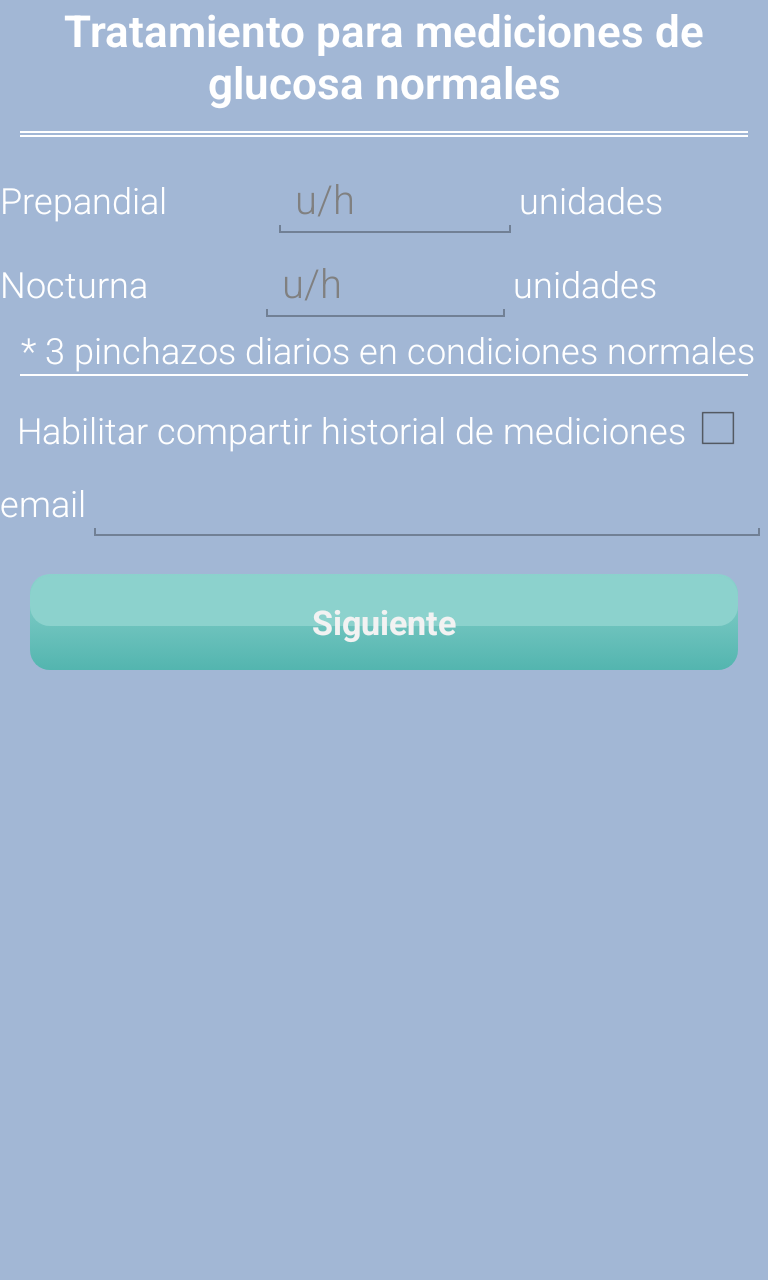
Repository: HectorGarciaMiguel/ssii-diabetes-060036
Layout: SeguimientoDiabetes/res/layout/activity_configuracion2_tipo1.xml
The author's editor kept a copy of each file at every save. The layout is drawn from the files as they stood at one save, then again after the next save.
It is drawn on a 768 x 1280 px phone screen (xhdpi) without system bars, with theme AppTheme; the app's code is not run.

Above is the layout before, as saved 2015-11-19 18:41:02.

After the next save:
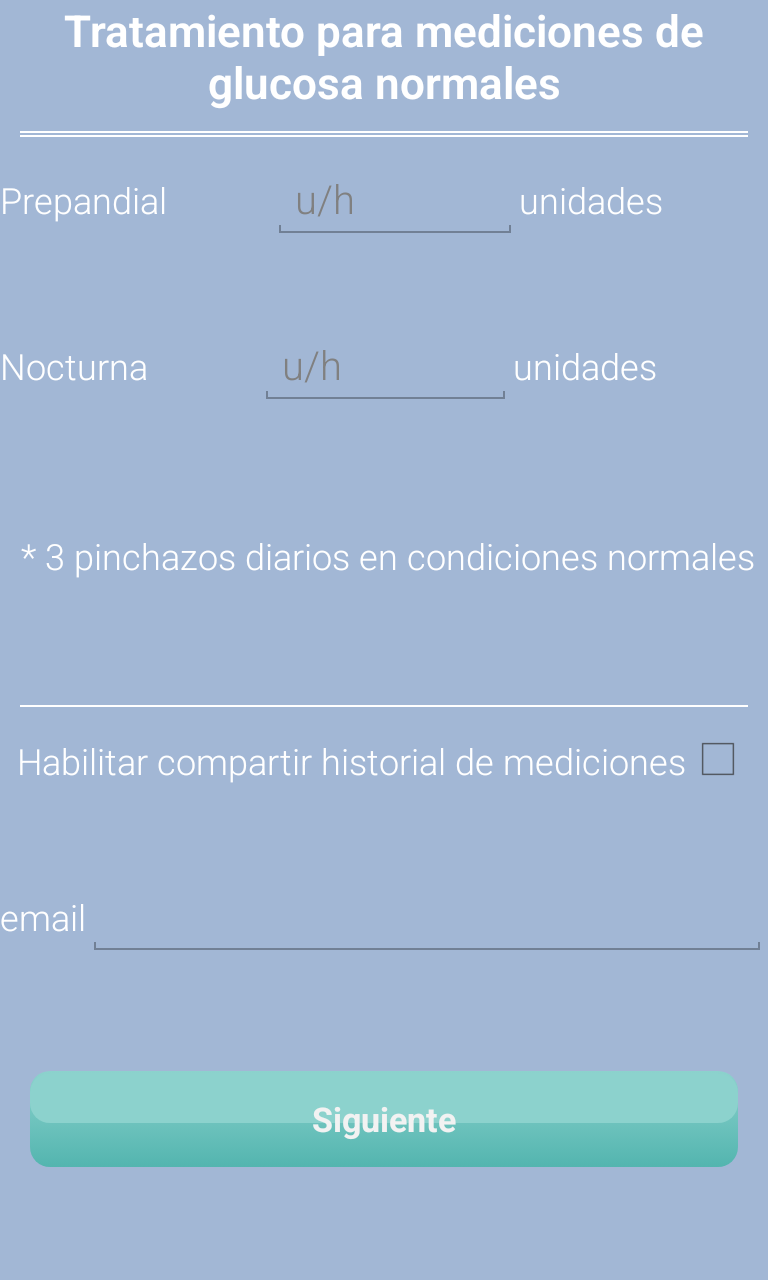
Saved 87 s later.
--- a/SeguimientoDiabetes/res/layout/activity_configuracion2_tipo1.xml
+++ b/SeguimientoDiabetes/res/layout/activity_configuracion2_tipo1.xml
@@ -42,7 +42,8 @@
         android:layout_width="fill_parent"
         android:layout_height="wrap_content"
         android:orientation="horizontal"
-        android:gravity="center_horizontal">
+        android:gravity="center_horizontal"
+        android:layout_weight="1">
 
         <TextView
             android:id="@+id/textView2"
@@ -72,7 +73,8 @@
         android:layout_width="fill_parent"
         android:layout_height="wrap_content"
         android:orientation="horizontal"
-        android:gravity="center_horizontal"        >
+        android:gravity="center_horizontal"
+        android:layout_weight="1"        >
 
         <TextView
             android:id="@+id/textView4"
@@ -102,7 +104,8 @@
         android:layout_width="fill_parent"
         android:layout_height="wrap_content"
         android:orientation="horizontal"
-        android:gravity="center_horizontal" >
+        android:gravity="center_horizontal"
+        android:layout_weight="1" >
 
         <TextView
             android:id="@+id/textView8"
@@ -117,7 +120,8 @@
     <LinearLayout
         android:layout_width="fill_parent"
         android:layout_height="wrap_content"
-        android:orientation="horizontal" >
+        android:orientation="horizontal"
+        android:layout_weight="1" >
     </LinearLayout>
 
 
@@ -135,7 +139,7 @@
         android:layout_height="wrap_content"
         android:orientation="horizontal"
         android:gravity="center_horizontal"
-         >
+        android:layout_weight="1"        >
 
         <TextView
             android:id="@+id/textView6"
@@ -154,7 +158,8 @@
         android:layout_width="fill_parent"
         android:layout_height="wrap_content"
         android:orientation="horizontal"
-        android:gravity="center_horizontal" >
+        android:gravity="center_horizontal"
+        android:layout_weight="1" >
 
         <TextView
             android:id="@+id/textView7"
@@ -174,7 +179,8 @@
         android:layout_width="fill_parent"
         android:layout_height="wrap_content"
         android:orientation="horizontal"
-        android:gravity="center_horizontal" >
+        android:gravity="center_horizontal"
+        android:layout_weight="1" >
 
         <Button
             android:id="@+id/button1"
